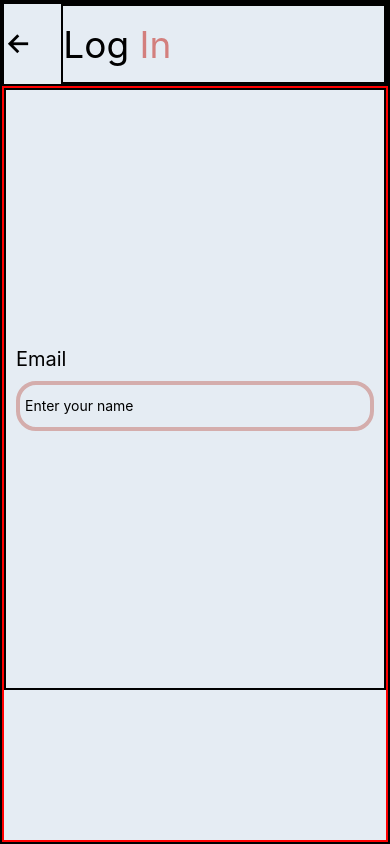
Repository: kgayathridevi/pregband
Screen: /Log
These files come from the project's save history. The screen is drawn as it stood at one moment and after the next save; the edit follows.
The app was drawn by React Native's web renderer in a window 390 px wide. The project was rebuilt for these pictures with package versions that can differ from the ones it lists, and the page was loaded fresh each time. Also part of the build but not shown: component/SignUpScreen.jsx, component/Home.jsx.

Above is the screen before, as saved 2023-04-28 15:10:45.

After the next save:
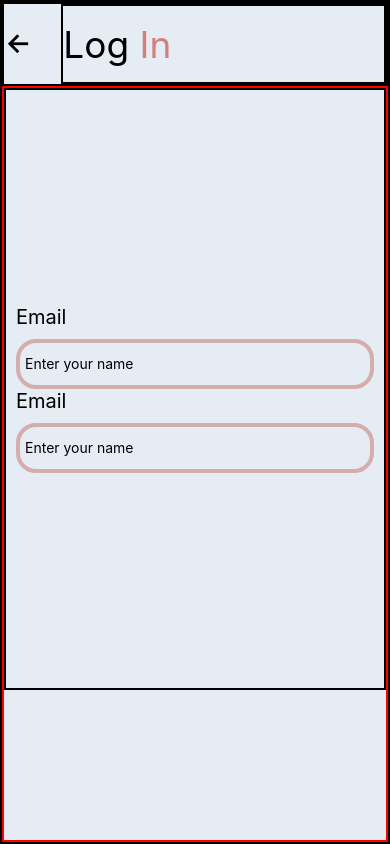
Saved 22 s later.
--- a/component/LogInScreen.jsx
+++ b/component/LogInScreen.jsx
@@ -25,6 +25,9 @@ const LogInScreen = ({ navigation }) => {
       </View>
       <View style={styles.mainContainer}>
         <View style={styles.inputContainer}>
+          <Text style={{ fontSize: 20 }}>Email</Text>
+          <TextInput style={styles.textInp} placeholder="Enter your name" />
+
           <Text style={{ fontSize: 20 }}>Email</Text>
           <TextInput style={styles.textInp} placeholder="Enter your name" />
         </View>
